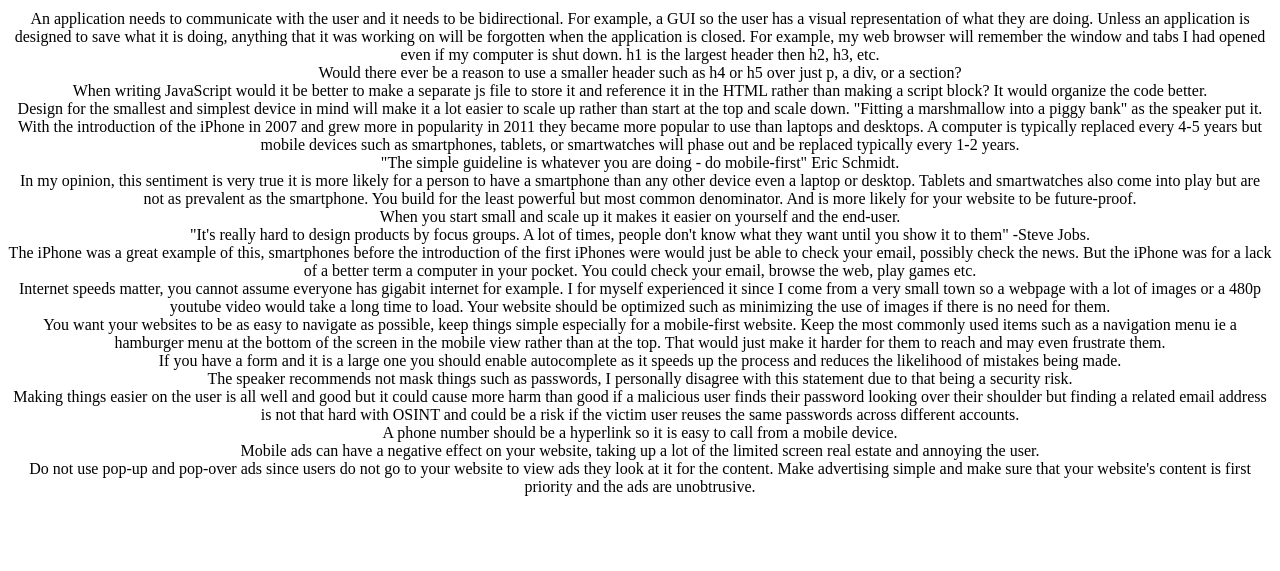
Repository: jknudsen97/WDD-330-Portfolio
Page: week1/notes.html
An editor plug-in stored every save of this project. The page is shown before and after the next save, followed by the edit.
The browser window is 1280 px wide. The pictures show the whole page.

Above is the page before, as saved 2021-10-20 20:09:35.

### week1/notes.html
<!DOCTYPE html>
<html lang="en">
<head>
    <meta charset="UTF-8">
    <meta http-equiv="X-UA-Compatible" content="IE=edge">
    <meta name="viewport" content="width=device-width, initial-scale=1.0">
    <link rel="stylesheet" href="../css/style.css">
    <title>Week 01 Notes</title>
</head>
<body>
    <p>
        An application needs to communicate with the user and it needs to be bidirectional. For example, a GUI so the user has a visual representation of what they are doing. Unless an application is designed to save what it is doing, anything that it was working on will be forgotten when the application is closed. For example, my web browser will remember the window and tabs I had opened even if my computer is shut down.<br?
        <br>
        h1 is the largest header then h2, h3, etc.<br>
        Would there ever be a reason to use a smaller header such as h4 or h5 over just p, a div, or a section?
        <br>
        When writing JavaScript would it be better to make a separate js file to store it and reference it in the HTML rather than making a script block? It would organize the code better.
        <br>
        Design for the smallest and simplest device in mind will make it a lot easier to scale up rather than start at the top and scale down. "Fitting a marshmallow into a piggy bank" as the speaker put it.
        <br>
        With the introduction of the iPhone in 2007 and grew more in popularity in 2011 they became more popular to use than laptops and desktops. A computer is typically replaced every 4-5 years but mobile devices such as smartphones, tablets, or smartwatches will phase out and be replaced typically every 1-2 years.
        <br>
        "The simple guideline is whatever you are doing - do mobile-first" Eric Schmidt.
        <br>
        In my opinion, this sentiment is very true it is more likely for a person to have a smartphone than any other device even a laptop or desktop. Tablets and smartwatches also come into play but are not as prevalent as the smartphone. You build for the least powerful but most common denominator. And is more likely for your website to be future-proof.
        <br>
        When you start small and scale up it makes it easier on yourself and the end-user.
        <br>
        "It's really hard to design products by focus groups. A lot of times, people don't know what they want until you show it to them" -Steve Jobs.
        <br>
        The iPhone was a great example of this, smartphones before the introduction of the first iPhones were would just be able to check your email,  possibly check the news. But the iPhone was for a lack of a better term a computer in your pocket. You could check your email, browse the web, play games etc.
        <br>
        Internet speeds matter, you cannot assume everyone has gigabit internet for example. I for myself experienced it since I come from a very small town so a webpage with a lot of images or a 480p youtube video would take a long time to load. Your website should be optimized such as minimizing the use of images if there is no need for them.
        <br>
        You want your websites to be as easy to navigate as possible, keep things simple especially for a mobile-first website. Keep the most commonly used items such as a navigation menu ie a hamburger menu at the bottom of the screen in the mobile view rather than at the top. That would just make it harder for them to reach and may even frustrate them.
        <br>
        If you have a form and it is a large one you should enable autocomplete as it speeds up the process and reduces the likelihood of mistakes being made.<br>
        The speaker recommends not mask things such as passwords, I personally disagree with this statement due to that being a security risk.
        <br>
        Making things easier on the user is all well and good but it could cause more harm than good if a malicious user finds their password looking over their shoulder but finding a related email address is not that hard with OSINT and could be a risk if the victim user reuses the same passwords across different accounts.
        <br>
        A phone number should be a hyperlink so it is easy to call from a mobile device.
        <br>
        Mobile ads can have a negative effect on your website, taking up a lot of the limited screen real estate and annoying the user.
        <br>
        Do not use pop-up and pop-over ads since users do not go to your website to view ads they look at it for the content. Make advertising simple and make sure that your website's content is first priority and the ads are unobtrusive.
    </p>
</body>
</html>

### css/style.css
main{
    text-align: center;
}

header{
    color: white;
    background-color: navy;
}

ul{
    list-style-type: none;
}

li{
    width: fit-content;
    border: 2px;
    margin: 5px;
    color: black;
    margin-left: auto;
    margin-right: auto;
    background-color: lightblue;
}

li:hover{
    color: black;
    background-color: white;
}

footer{
    background-color: navy;
    color: white;
}

p{
    display: block;
    border: 10px;
    margin: 10px;
    text-align: center;
    margin-left: auto;
    margin-right: auto;
}

After the next save:
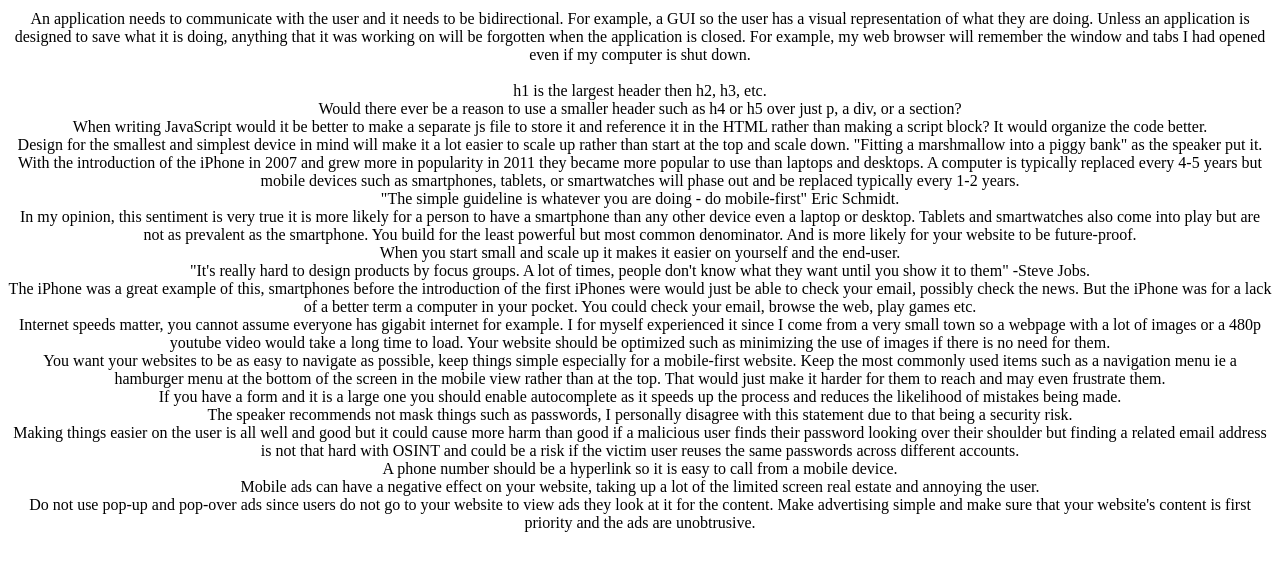
Saved 4 s later.
--- a/week1/notes.html
+++ b/week1/notes.html
@@ -9,7 +9,7 @@
 </head>
 <body>
     <p>
-        An application needs to communicate with the user and it needs to be bidirectional. For example, a GUI so the user has a visual representation of what they are doing. Unless an application is designed to save what it is doing, anything that it was working on will be forgotten when the application is closed. For example, my web browser will remember the window and tabs I had opened even if my computer is shut down.<br?
+        An application needs to communicate with the user and it needs to be bidirectional. For example, a GUI so the user has a visual representation of what they are doing. Unless an application is designed to save what it is doing, anything that it was working on will be forgotten when the application is closed. For example, my web browser will remember the window and tabs I had opened even if my computer is shut down.<br>
         <br>
         h1 is the largest header then h2, h3, etc.<br>
         Would there ever be a reason to use a smaller header such as h4 or h5 over just p, a div, or a section?
